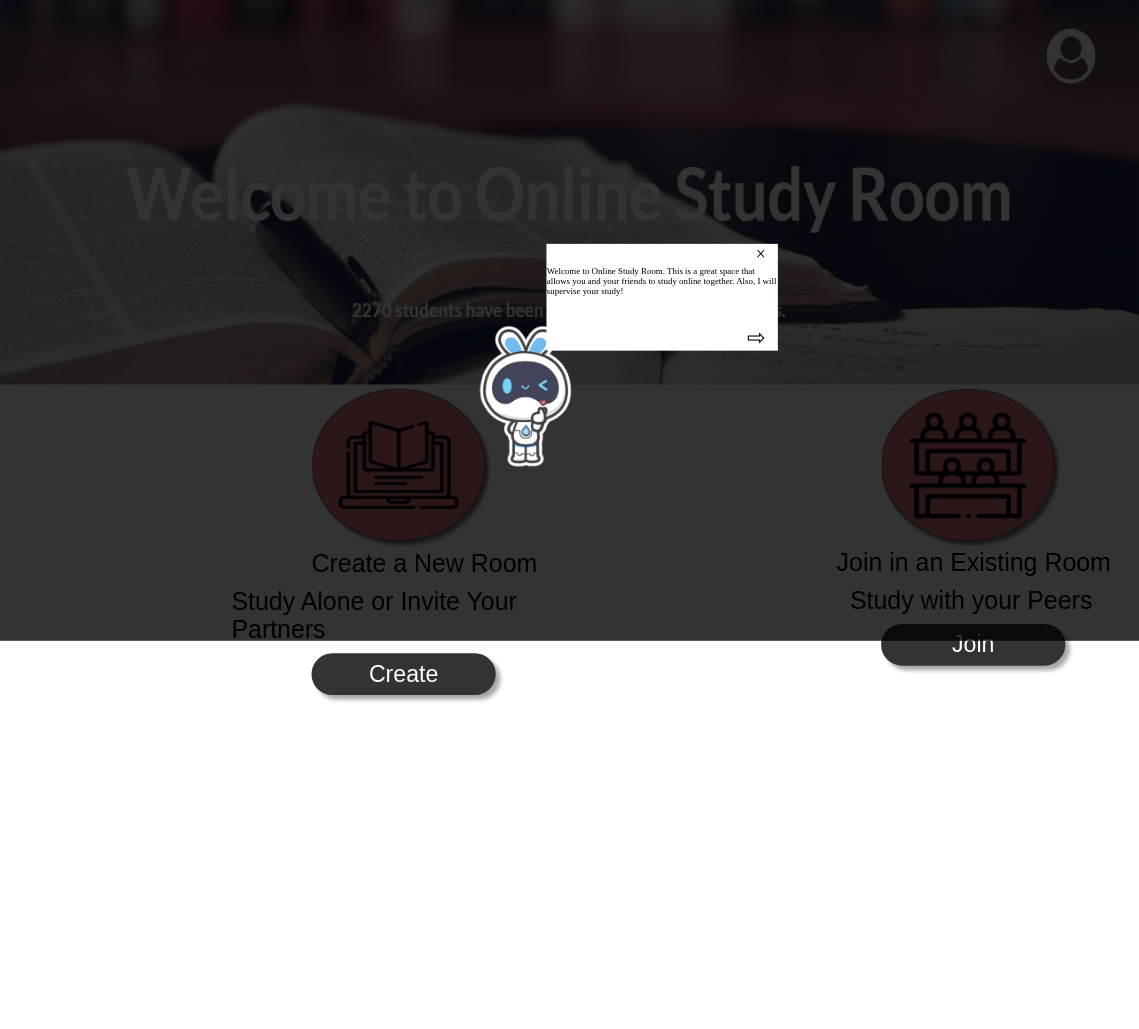
Repository: Team-Extrememe/Online-Study-Room
Page: home.html
The author's editor kept a copy of each file at every save. The page is drawn from the files as they stood at one save, then again after the next save.
The browser window is 1280 px wide. The pictures show the whole page, at 89% of full size.

Above is the page before, as saved 2021-10-06 18:48:33.
Console error: TypeError: Cannot set properties of null (setting 'onclick')

### home.html
<!DOCTYPE html>
<html lang="en">
<head>
    <meta charset="UTF-8">
    <meta http-equiv="X-UA-Compatible" content="IE=edge">
    <meta name="viewport" content="width=device-width, initial-scale=1.0">
    <link rel="stylesheet" href="css/style.css">
    <script src="js/jquery-3.6.0.min.js" type="text/javascript"></script>
    <script type="text/javascript" src="js/javascript.js"></script>
    <title>Homepage</title>
</head>
<body>
    <img class="home" src="images/home.png" alt="home_header">
    <a href="login.html" class="account"></a>
    <img class="rabbit" src="images/rabbit1.png" alt="guide_rabbit">
    <div id="light3" class="guide_div">
        <div class="guide_text">
            <div class="close_guide_button">&times;</div>
            <div class="text1">
                Welcome to Online Study Room.  This is a great space that allows you and your friends to study online together.  Also, I will supervise your study!
            </div>
            <div class="next">&#8680;</div>
        </div>
    </div>
    <img class="rabbit2" src="images/rabbit2.png" alt="guide_rabbit2">
    <div id="light4" class="guide_div2">
        <div class="guide_text2">
            <div class="close_guide_button2">&times;</div>
            <span>You can create your own study room here!</span>
            <div class="back">&#8678;</div>
            <div class="next2">&#8680;</div>
        </div>
    </div>
    <img class="rabbit3" src="images/rabbit3.png" alt="guide_rabbit3">
    <div id="light5" class="guide_div3">
        <div class="guide_text3">
            <div class="close_guide_button3">&times;</div>
            <span>Or you can join other's study room.</span>
            <div class="back2">&#8678;</div>
            <div class="next3">&#8680;</div>
        </div>
    </div>
    <img class="rabbit4" src="images/rabbit3.png" alt="guide_rabbit4">
    <div id="light6" class="guide_div4">
        <div class="guide_text4">
            <div class="close_guide_button4">&times;</div>
            <span>You can create an account and log in here.</span>
            <div class="back3">&#8678;</div>
            <div class="next4">&#8680;</div>
        </div>
    </div>
    <img class="rabbit5" src="images/rabbit4.png" alt="guide_rabbit5">
    <div id="light7" class="guide_div5">
        <div class="guide_text5">
            <span>So now, start your learning~ I will always be with you.</span>
            <div class="repeat">Repeat</div>
            <div class="end">Ok</div>
        </div>
    </div>

    <div class="room_container">
        <div class="create_room">
            <img src="images/create.png" alt="create_room">
            <div class="create_text">
                <span class="span1">Create a New Room</span>
                <span class="span2">Study Alone or Invite Your Partners</span>
                <button class="create">Create</button>
            </div>
        </div>
        <div class="join_room">
            <img src="images/join.png" alt="join_room">
            <div class="join_text">
                <span class="span3">Join in an Existing Room</span>
                <span class="span4">Study with your Peers</span>
                <button class="join">Join</button>
            </div>
        </div>
    </div>

    <div id="light" class="popup">
        <div class="close_button">&times;</div>
        <div class="room_type">
            <label>Private
                <input type="checkbox">
            </label>
            <label>Public
                <input type="checkbox">
            </label>
        </div>
        <div class="room_info">
            <label>Number of people:</label>
            <input type="text">
            <span>(Maxium is 6)</span>
            <br>
            <label>Time Setting:</label>
            <input id="time" type="time" step='1' min="00:00:00" max="24:00:00">
        </div>
        <div class="device">

        </div>
        <button class="confirm_create" onclick="location.href='main.html'">Create</button>
    </div>
    <div id="light2" class="popup2">
        <div class="close_button2">&times;</div>
        <img src="images/join2.png" alt="join_other_rooms">
        <div class="room_type">
            <label>Private
                <input type="checkbox">
            </label>
            <label>Public
                <input type="checkbox">
            </label>
        </div>
        <button class="confirm_join">Join</button>
    </div>
    <div id="fade" class="black_overlay"></div>
    <div id="fade1" class="black"></div>
</body>
</html>

### css/style.css

.login{
    background: linear-gradient(144.9063727226063deg , rgba(250, 205, 145, 1) 28.000000000000004%, rgba(250, 248, 145, 1) 92%);
    margin: 0;
    padding: 0;
    height: 100vh;
    overflow: hidden;
}

body{
    margin: 0;
    padding: 0;
    height: 100vh;
    overflow: hidden;
}

div{
    display: block;
}

.login_container{
    position: absolute;
    top: 50%;
    left: 50%;
    transform: translate(-50%, -50%);
    width: 860px;
    background: white;
    height: 900px;
}

.login_container h1{
    text-align: center;
    padding: 0 0 20px 0;
    padding-top: 50px;
}

.login_container h3{
    text-align: center;
    padding-bottom: 50px;
}

.login_container form{
    padding: 0 100px;
    box-sizing: border-box;
}

form .txt_field{
    position: relative;
    margin: 30px 0;
}

.txt_field input{
    width: 60%;
    padding: 5px 5px;
    height: 40px;
    font-size: 16px;
    position: relative;
    left: 140px;
    top: 10px;
    margin-bottom: 30px;
    background-color: #f9f9f9;
    border-style: solid;
    border-color:  #d3d3d3;
    border-radius: 4px;
    border-width: 2px;
    text-indent: 0px;
    text-shadow: none;
    box-shadow: none;
}

.txt_field label{
    position: absolute;
    left: 140px;
    color: #8c8c8c;
    transform: translateY(-100%);
    font-size: 16px;

}

.remember{
    position: relative;
    left: 160px;
    color: #8c8c8c;
}

.check{
    position: relative;
    left: -140px;
}
.forgot{
    position: absolute;
    bottom: 392px;
    left: 480px;
}

.forgot a{
    text-decoration: none;
    color: rgb(43, 158, 217);
}

input[type="submit"]{
    border-width: 0px;
    position: absolute;
    left: 285px;
    top: 700px;
    width: 320px;
    height: 50px;
    background: inherit;
    background-color: rgba(30, 152, 215, 1);
    border: none;
    border-radius: 73px;
    box-shadow: none;
    font-weight: 400;
    font-style: normal;
    font-size: 25px;
    color: white;
    cursor: pointer;
}

input[type="submit"]:hover{
    background-color: rgba(30, 132, 207, 1);
}

.signup_link{
    position: absolute;
    bottom: 100px;
    left: 320px;
    color: #8c8c8c;
}

.signup_link a{
    text-decoration: none;
    color: rgb(43, 158, 217);
}

/* homepage*/

.home{
    width: 100%;
    height: 60%;
}

.account{
    display: inline-block;
    width: 88px;
    height: 81px;
    position: absolute;
    right: 69px;
    top: 41px;
    border-radius: 50%;
}

.room_container{
    width: 100%;
    height: 100%;
}

.create_room{
    width: 50%;
    float: left;
    /* margin-left: 350px; */
}

.create_room img{
    /* position: absolute;
    left: 450px; */
    padding-left: 350px;
    height: 16%;
}

.create_text{
    /* position: absolute;
    left: 420px;
    bottom: 100px; */
    font-family: 'Arial Negreta', 'Arial Normal', 'Arial', sans-serif;
    /* padding-left: 340px; */
    float: left;
    height: 10em;
}

.create_text span{
    word-break: normal;
    width: auto;
    display: block;
    white-space: pre-wrap;
    word-wrap: break-word;
    overflow: hidden;
    padding-bottom: 10px;
    font-size: 28px;
}

.create_text span:nth-of-type(2){
    /* position: relative;
    left: -90px; */
    /* padding-left: -50px;
    text-align:left; */
}

.span1{
    padding-left: 350px;
}

.span2{
    padding-left: 260px;
}

.create{
    margin-left: 350px;
}

.create_text button{
    /* position: relative;
    left: 30px; */
    width: 207px;
    height: 47px;
    background: inherit;
    background-color: rgba(51, 51, 51, 1);
    box-sizing: border-box;
    border-width: 3px;
    border-style: solid;
    border-color: rgba(51, 51, 51, 1);
    border-radius: 71px;
    box-shadow: 5px 5px 5px rgb(0 0 0 / 35%);
    font-size: 26px;
    color: rgba(255, 255, 255, 0.996078431372549);
    cursor: pointer;
}

.join_room{
    width: 50%;
    float: right;
}

.join_room img{
    /* position: absolute;
    right: 450px; */
    padding-left: 350px;
    height: 16%;
}

.join_text{
    /* position: absolute;
    right: 420px;
    bottom: 100px; */
    font-family: 'Arial Negreta', 'Arial Normal', 'Arial', sans-serif;
    float: left;
}

.join_text span{
    word-break: normal;
    width: auto;
    display: block;
    white-space: pre-wrap;
    word-wrap: break-word;
    overflow: hidden;
    padding-bottom: 10px;
    font-size: 28px;
    /* position: relative;
    right: -40px; */
}

.span3{
    padding-left: 300px;
}

.span4{
    padding-left: 315px;
}

.join_text span:nth-of-type(2){
    /* position: relative;
    right: -60px; */
}

.join_text button{
    /* position: relative;
    right: -85px; */
    margin-left: 350px;
    width: 207px;
    height: 47px;
    background: inherit;
    background-color: rgba(51, 51, 51, 1);
    box-sizing: border-box;
    border-width: 3px;
    border-style: solid;
    border-color: rgba(51, 51, 51, 1);
    border-radius: 71px;
    box-shadow: 5px 5px 5px rgb(0 0 0 / 35%);
    font-size: 26px;
    color: rgba(255, 255, 255, 0.996078431372549);
    cursor: pointer;
}

/* pop-up*/

.room_info input{
    border: 0;
    outline: 0;
    background: transparent;
    border-bottom: 1px solid black;
}

.popup{
    display: none;
    position: absolute;
    top: 35%;
    left: 37%;
    width: 500px;
    height: 240px;
    border: 10x solid black;
    background-color: white;
    z-index:1002;
    overflow: auto;
}

.popup2{
    display: none;
    position: absolute;
    top: 35%;
    left: 37%;
    width: 500px;
    height: 240px;
    border: 10x solid black;
    background-color: white;
    z-index:1002;
    overflow: auto;
}

.popup2 img{
    position: relative;
    left: 45%;
    top: 10px;
}

.popup2 .room_type{
    position: absolute;
    top: 38%;
}

.black_overlay{
    display: none;
    position: absolute;
    top: 0%;
    left: 0%;
    width: 100%;
    height: 100%;
    background-color: black;
    z-index:1001;
    opacity:.80;
    filter: alpha(opacity=88);
}

.close_button{
    position: absolute;
    right: 20px;
    top: 0px;
    font-size: 35px;
    cursor: pointer;
}

.close_button2{
    position: absolute;
    right: 20px;
    top: 0px;
    font-size: 35px;
    cursor: pointer;
}

.room_type{
    position: absolute;
    left: 28%;
    top: 10%;
    font-size: 20px;
}

.room_type label{
    padding-right: 40px;
}

.room_info{
    position: absolute;
    top: 20%;
    left: 20%;
    margin-top: 25px;
}

.room_info input{
    width: 70px;
}

.room_info label{
    display: inline-block;
    margin-bottom: 25px;
}

.confirm_create{
    position: absolute;
    bottom: 10px;
    left: 35%;
    width: 170px;
    height: 40px;
    background: inherit;
    background-color: rgba(51, 51, 51, 1);
    box-sizing: border-box;
    border-width: 3px;
    border-style: solid;
    border-color: rgba(51, 51, 51, 1);
    border-radius: 71px;
    box-shadow: 3px 2px 3px rgb(0 0 0 / 35%);
    font-size: 16px;
    color: rgba(255, 255, 255, 0.996078431372549);
    cursor: pointer;
}

.confirm_join{
    position: absolute;
    bottom: 25px;
    left: 35%;
    width: 170px;
    height: 40px;
    background: inherit;
    background-color: rgba(51, 51, 51, 1);
    box-sizing: border-box;
    border-width: 3px;
    border-style: solid;
    border-color: rgba(51, 51, 51, 1);
    border-radius: 71px;
    box-shadow: 3px 2px 3px rgb(0 0 0 / 35%);
    font-size: 16px;
    color: rgba(255, 255, 255, 0.996078431372549);
    cursor: pointer;
}

/* rabbit guide*/

.rabbit{
    width: 160px;
    height: 180px;
    float: left;
    position: absolute;
    left: 40%;
    top: 50%;
    display: block;
    position: absolute;
    background-color: transparent;
    z-index:1002;
    overflow: auto;
}

.rabbit2{
    width: 400px;
    /* height: 180px; */
    float: left;
    position: absolute;
    left: 31%;
    top: 56%;
    display: none;
    position: absolute;
    background-color: transparent;
    z-index:1002;
    overflow: auto;
}

.rabbit3{
    width: 400px;
    /* height: 180px; */
    float: left;
    position: absolute;
    left: 53%;
    top: 56%;
    display: none;
    position: absolute;
    background-color: transparent;
    z-index:1002;
    overflow: auto;
}

.rabbit4{
    width: 400px;
    /* height: 180px; */
    float: left;
    position: absolute;
    right: 5%;
    top: 12%;
    display: none;
    position: absolute;
    background-color: transparent;
    z-index:1002;
    overflow: auto;
}

.rabbit5{
    width: 200px;
    height: 200px;
    float: left;
    position: absolute;
    left: 35%;
    top: 56%;
    display: none;
    position: absolute;
    background-color: transparent;
    z-index:1002;
    overflow: auto;
}

.black{
    display: none;
    position: absolute;
    top: 0%;
    left: 0%;
    width: 100%;
    height: 100%;
    background-color: black;
    z-index:1001;
    opacity:.80;
    filter: alpha(opacity=88);
}

.guide_div {
    display: block;
    position: absolute;
    top: 38%;
    left: 48%;
    width: 260px;
    height: 120px;
    border: 10x solid black;
    background-color: white;
    z-index:1002;
    overflow: auto;
}

.guide_div2{
    display: none;
    position: absolute;
    bottom: 30%;
    left: 27%;
    width: 215px;
    height: 70px;
    border: 10x solid black;
    background-color: white;
    z-index:1002;
    overflow: none;
}

.guide_div3{
    display: none;
    position: absolute;
    bottom: 31%;
    right: 22%;
    width: 215px;
    height: 70px;
    border: 10x solid black;
    background-color: white;
    z-index:1002;
    overflow: none;
}

.guide_div4{
    display: none;
    position: absolute;
    top: 14%;
    right: 1%;
    width: 215px;
    height: 70px;
    border: 10x solid black;
    background-color: white;
    z-index:1002;
    overflow: none;
}

.guide_div5{
    display: none;
    position: absolute;
    bottom: 37%;
    left: 44%;
    width: 215px;
    height: 70px;
    border: 10x solid black;
    background-color: white;
    z-index:1002;
    overflow: none;
}

/* .text1::before{
    background-color: #F2F2F2;
    bottom: -5px;
    box-shadow: -2px 2px 2px 0 rgba(178, 178, 178, 0.4);
    content: " ";
    display: block;
    height: 13px;
    left: 5px;
    position: absolute;
    transform: rotate(-35deg) skew(-35deg);
    width: 15px;
} */

#fade1{
    display: block;
}

.light3{
    display: block;
}

.light4{
    display: block;
}

.light5{
    display: block;
}

.light6{
    display: block;
}

.light7{
    display: block;
}

.text1{
    font-size: 10px;
    position: absolute;
    top: 25px;
    /* background-color: #F2F2F2;
    border-radius: 5px;
    box-shadow: 0 0 6px #B2B2B2;
    display: inline-block;
    padding: 10px 18px;
    position: relative;
    vertical-align: top;
    float: left;
    margin: 5px 45px 5px 20px;     */
}

.guide_text2 span{
    font-size: 14px;
    position: absolute;
    top: 20px;
}

.guide_text3 span{
    font-size: 14px;
    position: absolute;
    top: 20px;
}

.guide_text4 span{
    font-size: 14px;
    position: absolute;
    top: 20px;
}

.guide_text5 span{
    font-size: 14px;
    position: absolute;
}

.close_guide_button{
    position: absolute;
    right: 14px;
    top: 0px;
    font-size: 20px;
    cursor: pointer;
}

.close_guide_button2{
    position: absolute;
    left: 184px;
    top: -2px;
    font-size: 20px;
    cursor: pointer;
}

.close_guide_button3{
    position: absolute;
    left: 184px;
    top: -2px;
    font-size: 20px;
    cursor: pointer;
}

.close_guide_button4{
    position: absolute;
    left: 184px;
    top: -2px;
    font-size: 20px;
    cursor: pointer;
}

.next{
    position: absolute;
    right: 14px;
    bottom: 0;
    font-size: 25px;
    cursor: pointer;
}

.next2{
    position: absolute;
    right: 14px;
    bottom: 0;
    font-size: 25px;
    cursor: pointer;
}

.next3{
    position: absolute;
    right: 14px;
    bottom: 0;
    font-size: 25px;
    cursor: pointer;
}

.next4{
    position: absolute;
    right: 14px;
    bottom: 0;
    font-size: 25px;
    cursor: pointer;
}

.back{
    position: absolute;
    right: 35px;
    bottom: 0;
    font-size: 25px;
    cursor: pointer;
}

.back2{
    position: absolute;
    right: 35px;
    bottom: 0;
    font-size: 25px;
    cursor: pointer;
}

.back3{
    position: absolute;
    right: 35px;
    bottom: 0;
    font-size: 25px;
    cursor: pointer;
}

.repeat, .end{
    font-size: 10px;
}

.repeat{
    position: absolute;
    right: 52px;
    bottom: 4px;
    cursor: pointer;
}

.end{
    position: absolute;
    right: 14px;
    bottom: 4px;
    cursor: pointer;
}

/* main page*/

Loaded but not shown: js/jquery-3.6.0.min.js (library); js/javascript.js (319 lines, source omitted)

After the next save:
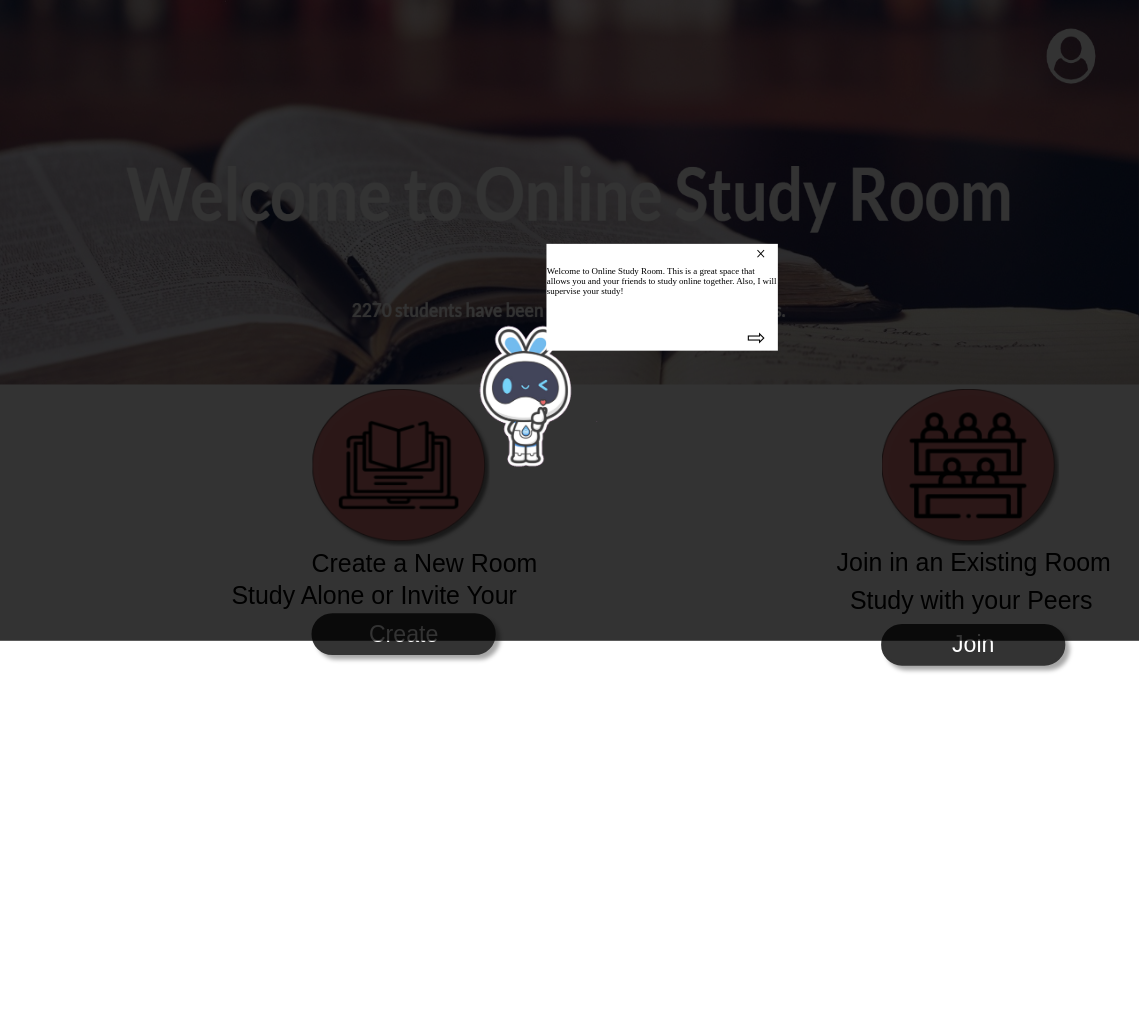
Saved 66 s later.
--- a/css/style.css
+++ b/css/style.css
@@ -198,10 +198,12 @@
 
 .span1{
     padding-left: 350px;
+    height: 16%;
 }
 
 .span2{
     padding-left: 260px;
+    height: 16%;
 }
 
 .create{

After the save that followed:
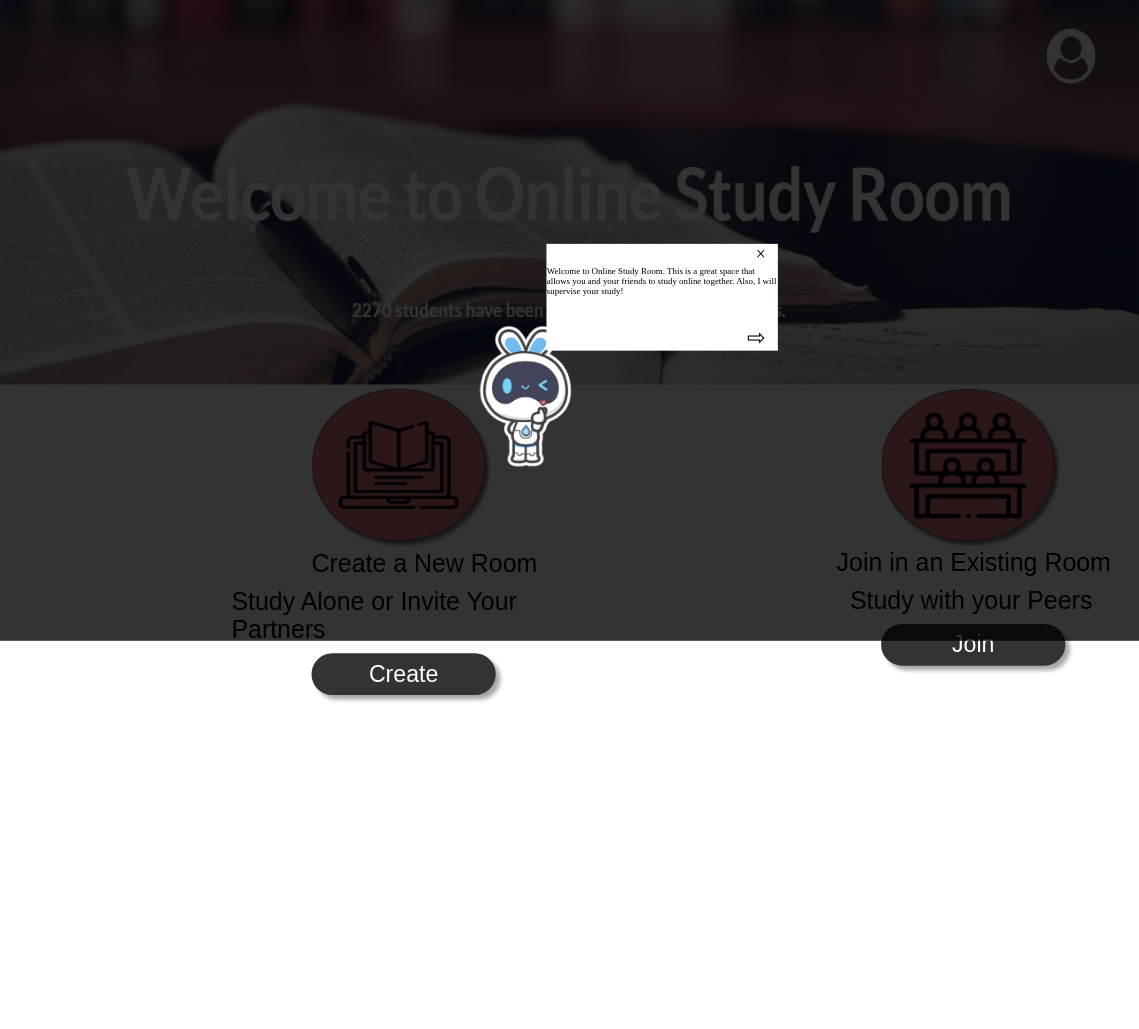
Saved 77 s later.
--- a/css/style.css
+++ b/css/style.css
@@ -159,13 +159,14 @@
     width: 50%;
     float: left;
     /* margin-left: 350px; */
+    height: 100%;
 }
 
 .create_room img{
     /* position: absolute;
     left: 450px; */
     padding-left: 350px;
-    height: 16%;
+    /* height: 16%; */
 }
 
 .create_text{
@@ -198,12 +199,12 @@
 
 .span1{
     padding-left: 350px;
-    height: 16%;
+    /* height: 16%; */
 }
 
 .span2{
     padding-left: 260px;
-    height: 16%;
+    /* height: 16%; */
 }
 
 .create{
